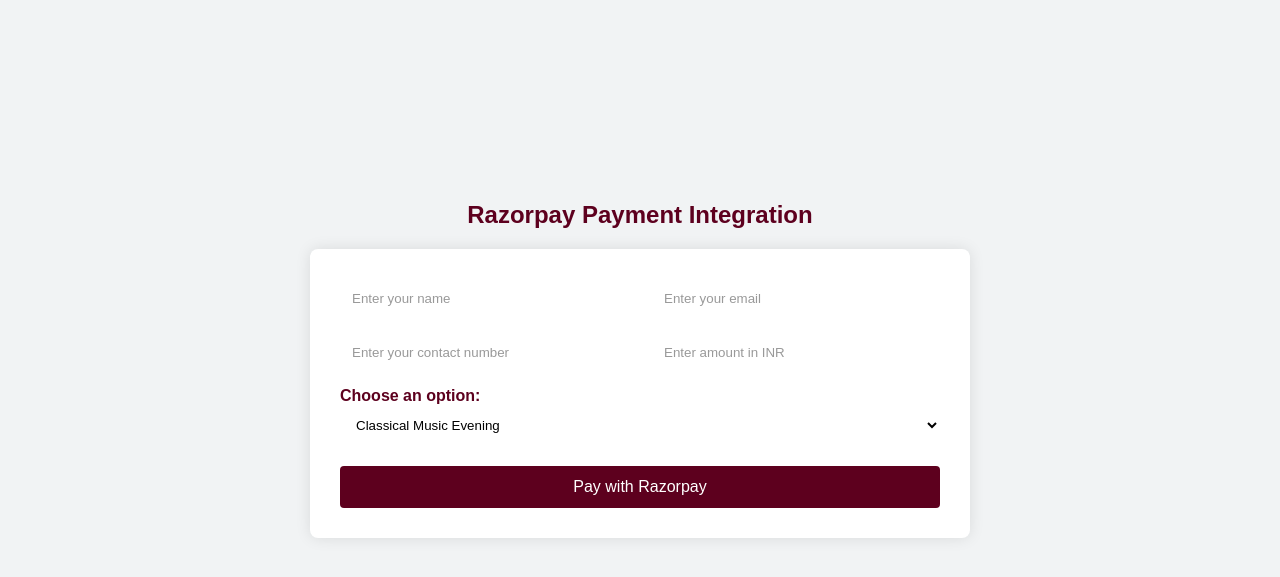
Repository: SharonSebastian32/razorpaypaymentgateway_implementation
Page: bookEventpage.html
These files come from the project's save history. The page is drawn as it stood at one moment and after a run of saves; the edit follows.
The browser window is 1280 px wide. The pictures show the whole page.

Above is the page before, as saved 2024-08-09 07:42:12.

### bookEventpage.html
<!DOCTYPE html>
<html lang="en">
  <head>
    <meta charset="UTF-8" />
    <meta name="viewport" content="width=device-width, initial-scale=1.0" />
    <title>Razorpay Payment Integration</title>
    <style>
      :root {
        --primary-blue:#5D001E ;
        --light-blue: #e8f0fe;
        --dark-: #4b0219;
        --white: #ffffff;
        --light-gray: #f1f3f4;
      }

      body {
        font-family: Arial, sans-serif;
        background-color: var(--light-gray);
        display: flex;
        justify-content: center;
        align-items: center;
        height: 100vh;
        margin: 0;
      }

      h2 {
        text-align: center;
        color: var(--primary-blue);
        margin-bottom: 20px;
      }

      #paymentForm {
        background-color: var(--white);
        padding: 30px;
        border-radius: 8px;
        box-shadow: 0 0 15px rgba(0, 0, 0, 0.1);
        width: 600px;
      }

      .form-row {
        display: flex;
        justify-content: space-between;
        margin-bottom: 15px;
      }

      .form-group {
        flex: 0 0 48%;
      }

      input,
      select {
        width: 100%;
        padding: 12px;
        border: 1px solid var(--dark-blue);
        border-radius: 4px;
        box-sizing: border-box;
        background-color: var(--white);
        color: var(--dark-blue);
        transition: border-color 0.3s ease;
      }

      input:focus,
      select:focus {
        outline: none;
        border-color: var(--primary-blue);
      }

      input::placeholder {
        color: #999;
      }

      label {
        display: block;
        margin-top: 15px;
        color: var(--primary-blue);
        font-weight: bold;
      }

      #rzp-button1 {
        width: 100%;
        padding: 12px;
        background-color: var(--primary-blue);
        color: var(--white);
        border: none;
        border-radius: 4px;
        cursor: pointer;
        font-size: 16px;
        margin-top: 20px;
        transition: background-color 0.3s ease;
      }

      #rzp-button1:hover {
        background-color: var(--dark-blue);
      }
    </style>
  </head>
  <body>
    <div>
      <h2>Razorpay Payment Integration</h2>
      <form id="paymentForm">
        <div class="form-row">
          <div class="form-group">
            <input
              type="text"
              id="name"
              placeholder="Enter your name"
              required
            />
          </div>
          <div class="form-group">
            <input
              type="email"
              id="email"
              placeholder="Enter your email"
              required
            />
          </div>
        </div>
        <div class="form-row">
          <div class="form-group">
            <input
              type="text"
              id="contact"
              placeholder="Enter your contact number"
              required
            />
          </div>
          <div class="form-group">
            <input
              type="text"
              id="amount"
              placeholder="Enter amount in INR"
              required
            />
          </div>
        </div>
        <label for="choices">Choose an option:</label>
        <select id="choices" name="choices">
          <!-- Options will be dynamically generated here -->
        </select>
        <button id="rzp-button1" type="submit">Pay with Razorpay</button>
      </form>
    </div>

    <!--------------------------paymentGatewayScripts--------------->
    <script src="./Script/paymentGateway.js"></script>

    <!--------------------------razorpayScript ---------------------->
    <script src="https://checkout.razorpay.com/v1/checkout.js"></script>
  </body>
</html>

### Script/paymentGateway.js
document.getElementById("paymentForm").addEventListener("submit", function (e) {
  e.preventDefault();
  var name = document.getElementById("name").value;
  var email = document.getElementById("email").value;
  var contact = document.getElementById("contact").value;
  var amount = document.getElementById("amount").value * 100;
  // Convert amount to paise

  var options = {
    key: "rzp_test_gCzBTQcb92KH3e", // Enter the Key ID generated from the Dashboard
    amount: amount.toString(), // Amount in currency subunits (100 paise = 1 INR)
    currency: "INR",
    name: "Ozwalz Events",
    description: "Thank You for booking event with Ozwalz Events",
    image: "./assets/images/logo.png",

    handler: function (response) {
      // Handle the response from Razorpay after payment
      // You can redirect to another page or save the response to your database
    },
    prefill: {
      name: name,
      email: email,
      contact: contact,
    },
    notes: {
      description: "Thank You for booking event with Ozwalz Events",
    },
    theme: {
      color: "#red",
    },
  };

  var rzp1 = new Razorpay(options);
  rzp1.open();
});

// API FOR FETCHING EVENTNAME

let eventData;

fetch("./JSON/event.json")
  .then((response) => response.json())
  .then((data) => {
    eventData = data;

    // Populate the select element with event names
    const selectElement = document.getElementById("choices");
    data.forEach((event) => {
      const option = document.createElement("option");
      option.value = event.id;
      option.text = event.eventName;
      selectElement.add(option);
    });

    // Add event listener to the select element
    selectElement.addEventListener("change", updatePriceInput);
  })
  .catch((error) => console.error("Error:", error));

function updatePriceInput() {
  const selectedEventId = document.getElementById("choices").value;
  const selectedEvent = eventData.find((event) => event.id === selectedEventId);

  if (selectedEvent) {
    document.getElementById("amount").value = selectedEvent.price.basePrice;
  } else {
    document.getElementById("amount").value = "";
  }
}

Loaded but not shown: JSON/event.json (899 lines, source omitted)

After the next 3 saves:
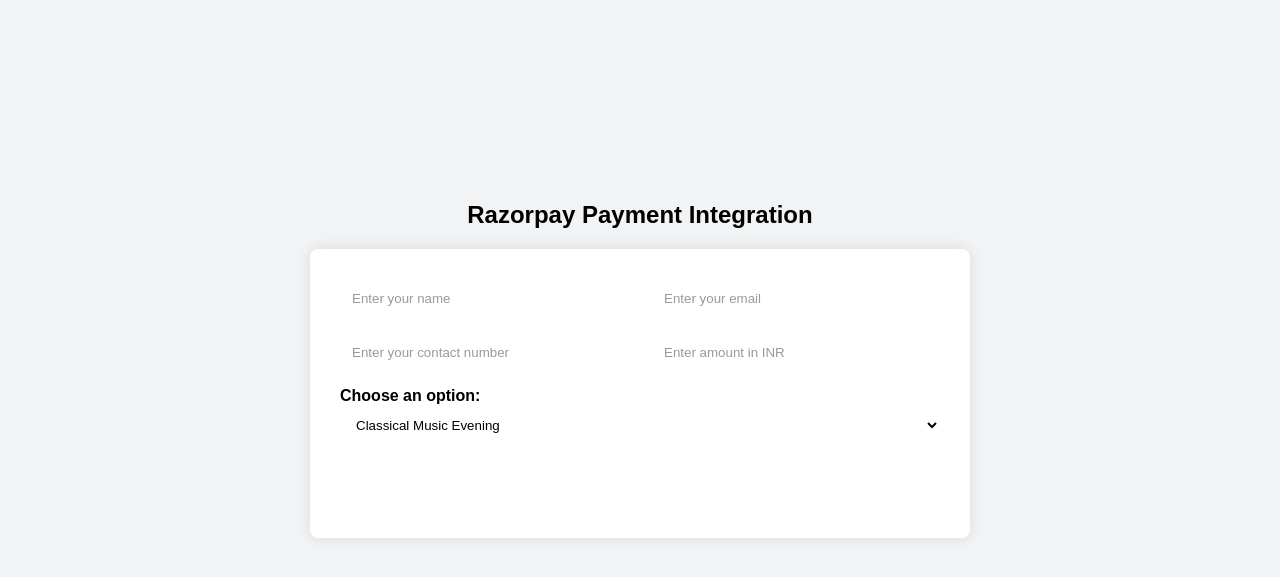
The 3 saves are shown as one change because they came seconds apart.
The last was saved 13 s later.
--- a/bookEventpage.html
+++ b/bookEventpage.html
@@ -6,9 +6,9 @@
     <title>Razorpay Payment Integration</title>
     <style>
       :root {
-        --primary-blue:#5D001E ;
+        --primary-pink:#5D001E ;
         --light-blue: #e8f0fe;
-        --dark-: #4b0219;
+        --dark-pink: #4b0219;
         --white: #ffffff;
         --light-gray: #f1f3f4;
       }
